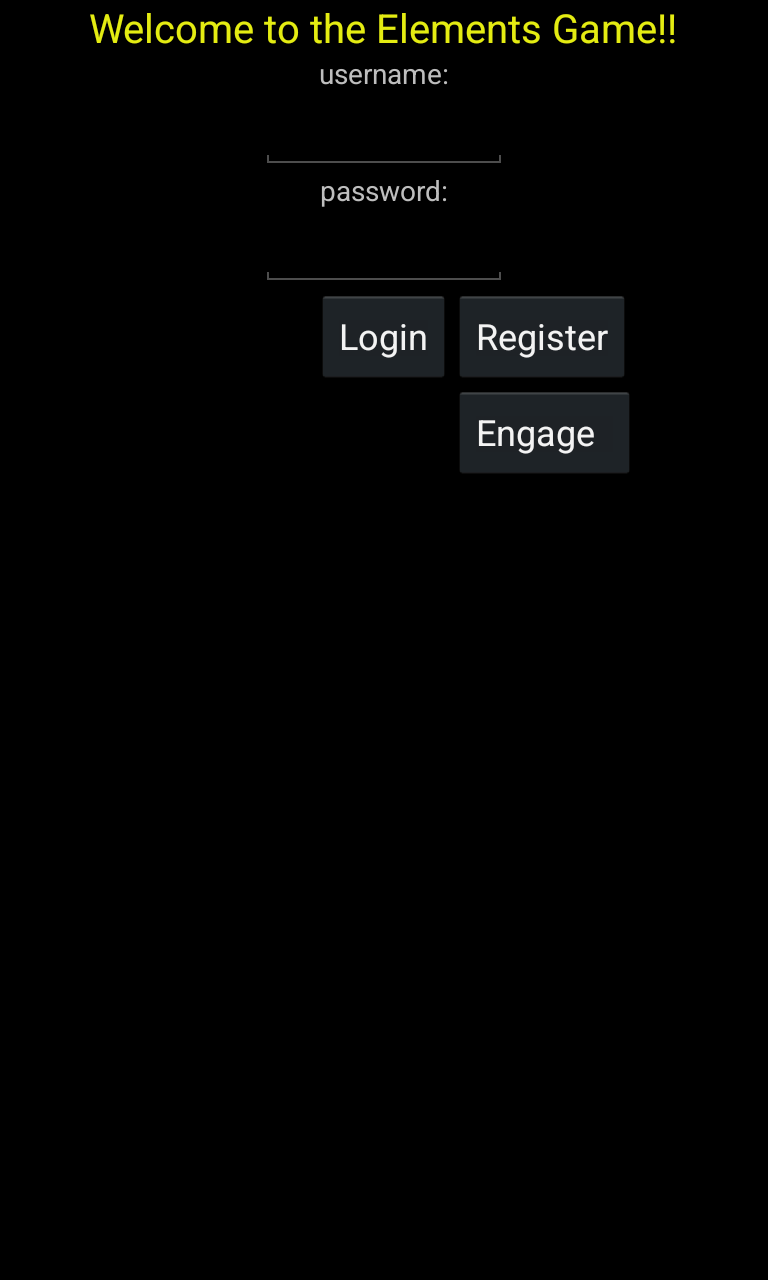
Repository: Keerthanava/The-Elements
Layout: TheElements-dev/res/layout/login_layout.xml
These files come from the project's save history. The layout is drawn as it stood at one moment and after the next save; the edit follows.
It is drawn on a 768 x 1280 px phone screen (xhdpi) without system bars, with theme android:Theme.Holo; the app's code is not run.

Above is the layout before, as saved 2014-07-20 04:25:29.

### TheElements-dev/res/layout/login_layout.xml
<?xml version="1.0" encoding="utf-8"?>


<RelativeLayout
        xmlns:android="http://schemas.android.com/apk/res/android"
   android:orientation="horizontal"
   android:layout_width="fill_parent"
   android:layout_height="fill_parent"
   >

    <TextView
        android:id="@+id/welcome_text"
        android:layout_width="wrap_content"
        android:layout_height="wrap_content"
        android:layout_centerHorizontal="true"
        android:text="Welcome to the Elements Game!!"
        android:textSize="20dp"
        android:textColor="#e4ec12"/>

    <TextView android:id="@+id/username_text"
        android:text = "username:"
        android:layout_centerHorizontal="true"
        android:layout_width="wrap_content"
                android:layout_height="wrap_content"
                android:layout_below="@+id/welcome_text"
        />

    <EditText android:id="@+id/txt_username"
             android:layout_height="wrap_content"
             android:layout_width="250px"
             android:layout_centerHorizontal="true"
             android:layout_below="@+id/username_text"
             android:singleLine="true" />


    <TextView android:id="@+id/password_text"
        android:text = "password:"
        android:layout_centerHorizontal="true"
        android:layout_width="wrap_content"
                android:layout_height="wrap_content"
                android:layout_below="@+id/txt_username"
        />

    <EditText android:id="@+id/txt_password"
                  android:password="true"
             android:layout_height="wrap_content"
             android:layout_width="250px"
             android:layout_centerHorizontal="true"
             android:layout_below="@+id/password_text"
             android:singleLine="true" />

      <Button
      		  android:id="@+id/login_button2"
              android:text="Login"
              android:layout_width="wrap_content"
              android:layout_height="wrap_content"
              android:layout_centerHorizontal="true"
              android:layout_below="@+id/txt_password"
              android:onClick="Login"
              />
      <Button
      		  android:id="@+id/register_button"
              android:text="Register"
              android:layout_width="wrap_content"
              android:layout_height="wrap_content"
              android:layout_centerHorizontal="true"
              android:layout_below="@+id/txt_password"
              android:layout_toRightOf="@+id/login_button2"
              android:onClick="Register"
              />

<Button android:layout_toRightOf="@+id/login_button2" android:layout_width="wrap_content" android:layout_height="wrap_content" android:layout_centerHorizontal="true" android:layout_below="@+id/register_button" android:id="@+id/engage_test" android:text="Engage  "></Button>
</RelativeLayout>

After the next save:
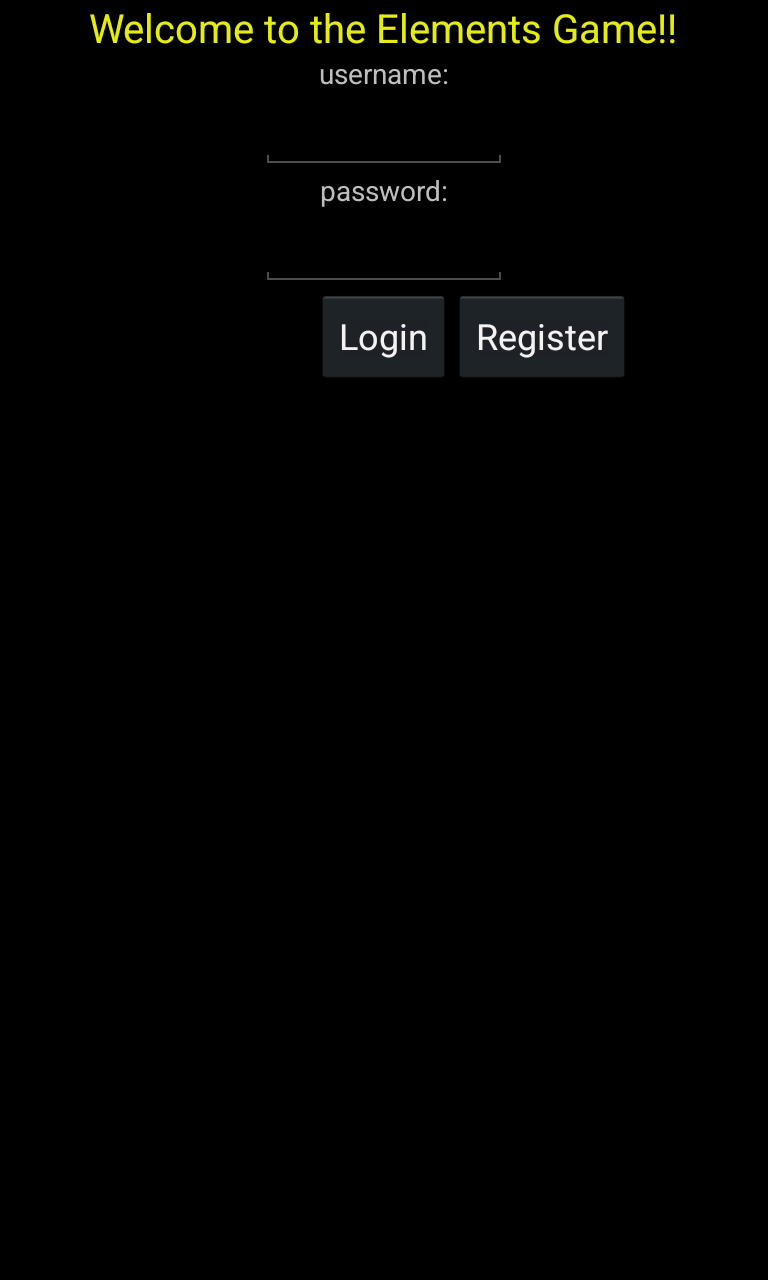
Saved 5 min 27 s later.
--- a/TheElements-dev/res/layout/login_layout.xml
+++ b/TheElements-dev/res/layout/login_layout.xml
@@ -68,6 +68,4 @@
               android:layout_toRightOf="@+id/login_button2"
               android:onClick="Register"
               />
-
-<Button android:layout_toRightOf="@+id/login_button2" android:layout_width="wrap_content" android:layout_height="wrap_content" android:layout_centerHorizontal="true" android:layout_below="@+id/register_button" android:id="@+id/engage_test" android:text="Engage  "></Button>
 </RelativeLayout>
